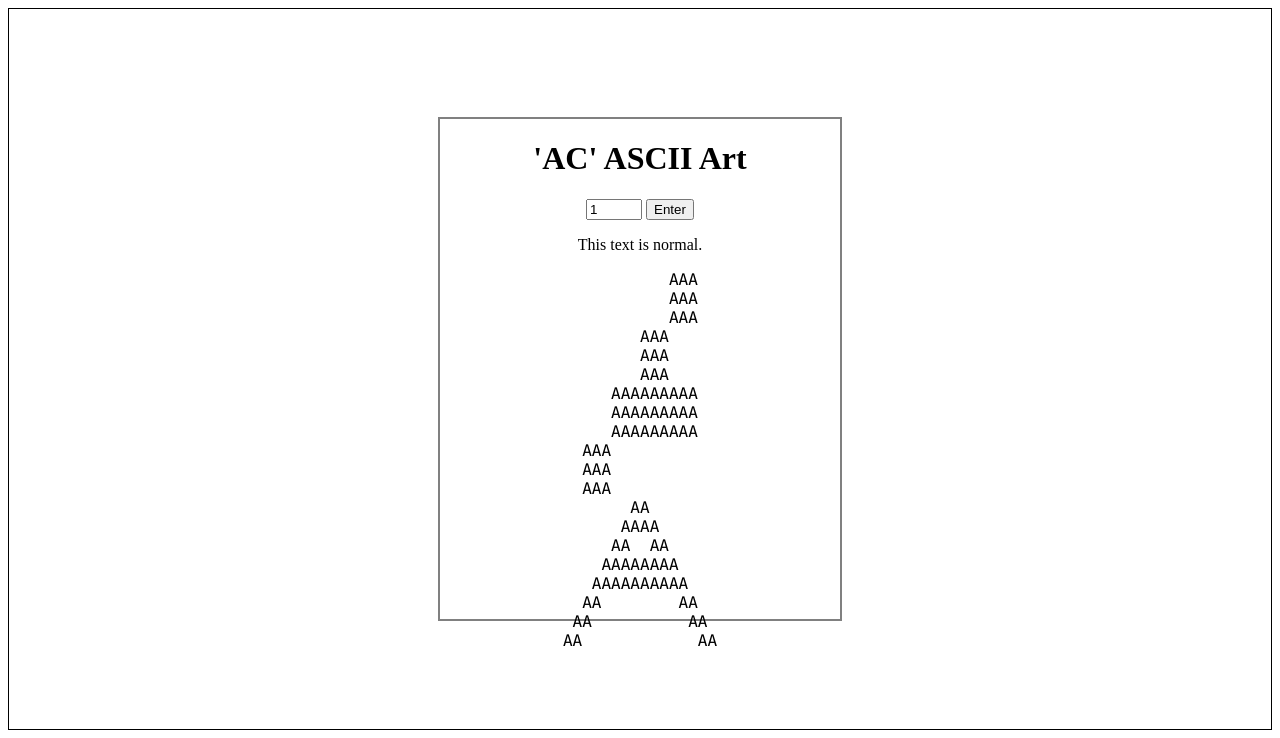
Repository: Achorn/ascii-art
Page: index.html
The author's editor kept a copy of each file at every save. The page is drawn from the files as they stood at one save, then again after the next save.
The browser window is 1280 px wide. The pictures show the whole page.

Above is the page before, as saved 2021-08-09 17:05:45.

### index.html
<!DOCTYPE html>
<html lang="en">
  <head>
    <link rel="stylesheet" href="styles.css" />
    <meta charset="UTF-8" />
    <meta http-equiv="X-UA-Compatible" content="IE=edge" />
    <meta name="viewport" content="width=device-width, initial-scale=1.0" />
    <title>Document</title>
  </head>
  <body>
    <form>
      <h1>'AC' ASCII Art</h1>
      <input type="number" min="1" value="1" max="10" />
      <button>Enter</button>
      <div id="ascii">
        <p>This text is normal.</p>
        <p id="mono" style="font-family: 'Lucida Console', monospace">
          This text is monospace text.
        </p>
      </div>
    </form>
    <script type="text/javascript" src="myscripts.js"></script>
  </body>
</html>

### styles.css
body {
  border: 1px solid black;
  display: flex;
  flex-direction: column;
  justify-content: center;
  align-items: center;
  height: 100vh;
}

form {
  border: 2px solid grey;
  height: 500px;
  width: 400px;
  text-align: center;
}

.ascii {
  border-radius: 1px solid black;
}
#mono {
  /* font-size: 25.5vw; */

  white-space: pre;
}

### myscripts.js
let four = [
  [" ", " ", " ", "A"],
  [" ", " ", "A", " "],
  [" ", "A", "A", "A"],
  ["A", " ", " ", " "],
];

let eight = [
  [
    " ",
    " ",
    " ",
    " ",
    " ",
    " ",
    " ",
    "A",
    "A",
    " ",
    " ",
    " ",
    " ",
    " ",
    " ",
    " ",
  ],
  [
    " ",
    " ",
    " ",
    " ",
    " ",
    " ",
    "A",
    "A",
    "A",
    "A",
    " ",
    " ",
    " ",
    " ",
    " ",
    " ",
  ],
  [
    " ",
    " ",
    " ",
    " ",
    " ",
    "A",
    "A",
    " ",
    " ",
    "A",
    "A",
    " ",
    " ",
    " ",
    " ",
    " ",
  ],
  [
    " ",
    " ",
    " ",
    " ",
    "A",
    "A",
    "A",
    "A",
    "A",
    "A",
    "A",
    "A",
    " ",
    " ",
    " ",
    " ",
  ],
  [
    " ",
    " ",
    " ",
    "A",
    "A",
    "A",
    "A",
    "A",
    "A",
    "A",
    "A",
    "A",
    "A",
    " ",
    " ",
    " ",
  ],
  [
    " ",
    " ",
    "A",
    "A",
    " ",
    " ",
    " ",
    " ",
    " ",
    " ",
    " ",
    " ",
    "A",
    "A",
    " ",
    " ",
  ],
  [
    " ",
    "A",
    "A",
    " ",
    " ",
    " ",
    " ",
    " ",
    " ",
    " ",
    " ",
    " ",
    " ",
    "A",
    "A",
    " ",
  ],
  [
    "A",
    "A",
    " ",
    " ",
    " ",
    " ",
    " ",
    " ",
    " ",
    " ",
    " ",
    " ",
    " ",
    " ",
    "A",
    "A",
  ],
];

function scaleSpread(array, factor) {
  const scaled = [];

  for (const row of array) {
    let x = [];

    for (const item of row) x.push(...Array(factor).fill(item));

    scaled.push(...Array(factor).fill(x));
  }

  return scaled;
}
let sixteen = scaleSpread(eight, 2);

function arrToString(arr) {
  let string = "";
  for (let i = 0; i < arr.length; i++) {
    string += arr[i].join("") + "<br>";
  }
  return string;
}

function trimA(arr, lWidth) {
  for (i = 0; i < arr.length; i++) {
    let disp = lWidth - (i % lWidth) - 1;

    // remove from end
    for (let j = 0; j < disp; j++) {
      arr[i].pop();
      arr[i].unshift(" ");
    }

    //add to beginning
    // arr[i] == arr[i];
  }
}

let mono = document.getElementById("mono");

trimA(scaleSpread(four, 3), 3);

mono.innerHTML = arrToString(scaleSpread(four, 3));
mono.innerHTML += arrToString(scaleSpread(eight, 1));

After the next save:
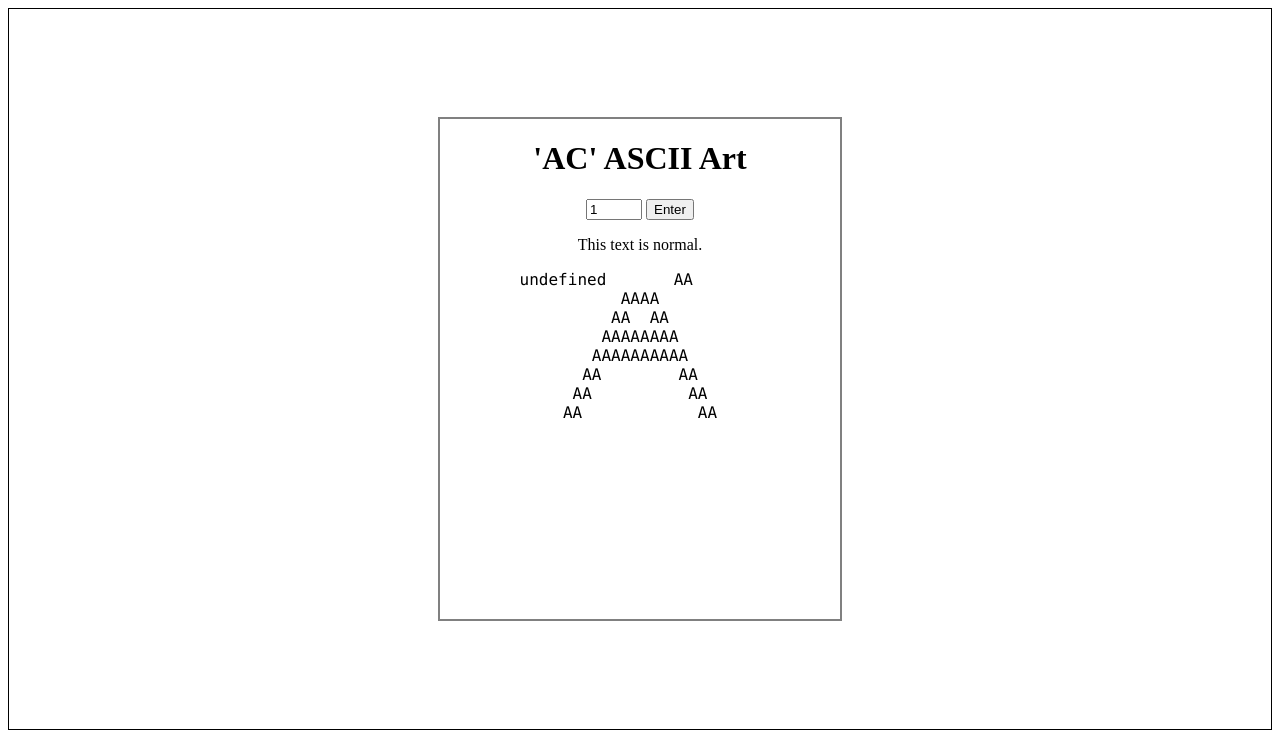
Saved 10 s later.
--- a/myscripts.js
+++ b/myscripts.js
@@ -192,7 +192,6 @@
 
 let mono = document.getElementById("mono");
 
-trimA(scaleSpread(four, 3), 3);
+mono.innerHTML = trimA(scaleSpread(four, 3), 3);
 
-mono.innerHTML = arrToString(scaleSpread(four, 3));
 mono.innerHTML += arrToString(scaleSpread(eight, 1));

After the 2 saves that followed:
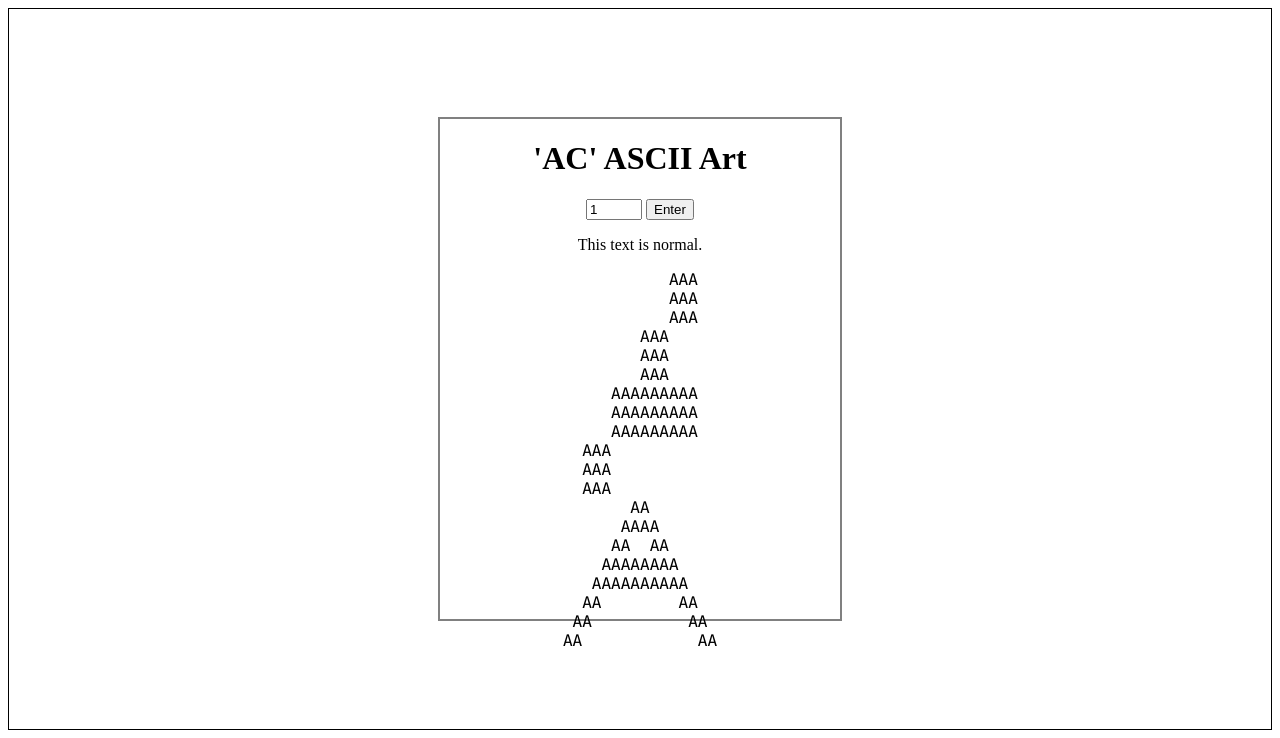
The 2 saves are shown as one change because 1 left the picture as it was.
The last was saved 48 s later.
--- a/myscripts.js
+++ b/myscripts.js
@@ -192,6 +192,7 @@
 
 let mono = document.getElementById("mono");
 
-mono.innerHTML = trimA(scaleSpread(four, 3), 3);
+trimA(scaleSpread(four, 2), 3);
 
+mono.innerHTML = arrToString(scaleSpread(four, 3));
 mono.innerHTML += arrToString(scaleSpread(eight, 1));
